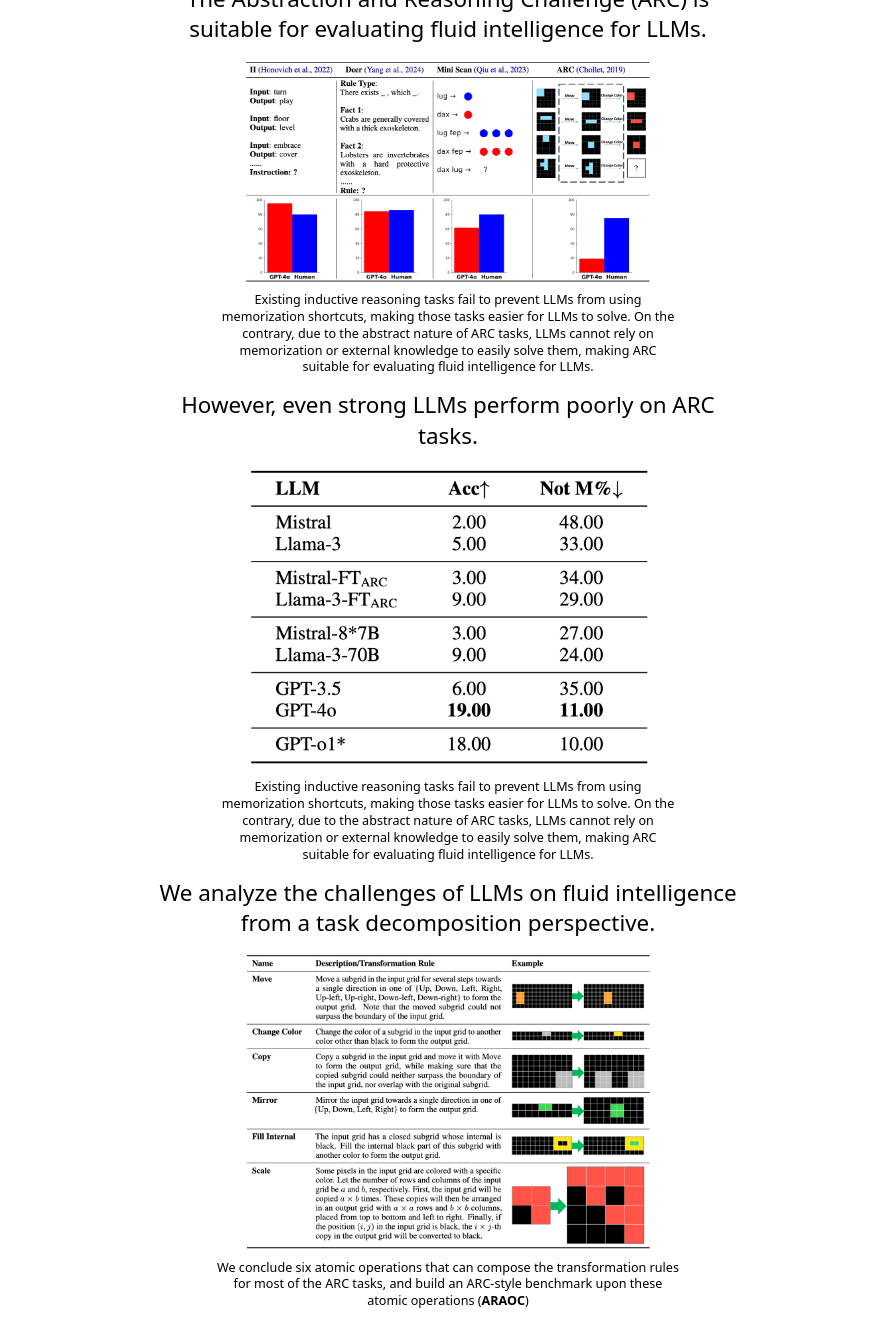
Repository: wujunjie1998/araoc-benchmark.github.io
Page: index.html
These files come from the project's save history. The page is drawn as it stood at one moment and after the next save; the edit follows.
The browser window is 1280 px wide. The pictures show the part of the page from y = 721 to 2641 px (the page is 2641 px tall), at 70% of full size.

Above is the page before, as saved 2025-02-07 22:19:24.

### index.html
<html>
  <head>
    <title>
      Understanding LLMs’ Fluid Intelligence Deficiency: An Analysis of the ARC Task
    </title>
    <link
      rel="icon"
      href="data:[embedded picture, 137 characters]"
    />
    <meta charset="UTF-8" />
    <meta name="viewport" content="width=device-width, initial-scale=1" />
    <link rel="stylesheet" href="./css/index.css" />
  </head>

  <body>
    <div class="header">
      <div class="paper-title">
        Understanding LLMs’ Fluid Intelligence Deficiency:
        <br />
        An Analysis of the ARC Task
      </div>
      <div>
        <!-- * Paper -->
        <span class="link-block">
          <a target="_blank" href="./paper.pdf"
            ><img
              class="badge"
              src="https://img.shields.io/badge/Paper-PDF-red?&labelColor=lightgray&logo=arxiv&logoColor=brown" /><img
          /></a>
        </span>
        <!-- * Dataset -->
        <!--
        <span class="link-block">
          <a
            target="_blank"
            href="https://huggingface.co/datasets/ShunchiZhang/PhysiCo/"
            ><img
              class="badge"
              src="https://img.shields.io/badge/HuggingFace-Dataset-yellow?labelColor=lightgray&logo=huggingface" /><img
          /></a>
        </span>
        -->

        <!-- * Code -->
         <!--
        <span class="link-block">
          <a target="_blank" href="https://github.com/physico-benchmark/physico"
            ><img
              class="badge"
              src="https://img.shields.io/badge/GitHub-Code-gray?labelColor=lightgray&logo=github&logoColor=gray" /><img /></a
        ></span>
        -->
        <!-- * Leaderboard -->
        <!--
        <span class="link-block">
          <a href="./leaderboard.html"
            ><img
              class="badge"
              src="https://img.shields.io/badge/Leaderboard-Visit-blue?labelColor=lightgray&logo=stackblitz&logoColor=367BAF" /><img /></a
        ></span>
        -->
        <!-- * X Threads -->
        <!--
        <span class="link-block">
          <a href="https://x.com/jieeijjie/status/1876713099752861782"
            ><img
              class="badge"
              src="https://img.shields.io/badge/Threads-black?labelColor=lightgray&logo=x&logoColor=gray" /><img /></a
        ></span>
        -->

      </div>
      <div>
        <div class="author-list">
          <span class="author-block"
            ><a href="https://wujunjie1998.github.io/">Junjie Wu</a
            ><sup>1</sup></span
          >
          <span class="author-block"
            ><a href="https://sites.google.com/site/moyunlp/">Mo Yu</a
            ><sup>2</sup></span
          >
          <span class="author-block"
            ><a href="https://lemaoliu.github.io">Lemao Liu</a
            ><sup>2</sup></span
          >
          <span class="author-block"
            ><a href="https://sites.google.com/view/dyyeung">Dit-Yan Yeung</a
            ><sup>1</sup></span
          >
          <span class="author-block"
            ><a href="https://openreview.net/profile?id=~Jie_Zhou8">Jie Zhou</a
            ><sup>2</sup></span
          >
        </div>
        <div class="inst-list">
          <span class="institution-block"><sup>1</sup> Hong Kong University of Science and Technology</span>
          <span class="institution-block"><sup>2</sup> WeChat AI</span>
        </div>
      </div>
    </div>
    <!--
    <div class="teaser">
      <center>
        <img src="./img/teaser.png" />
        <figcaption>
          Illustration of a "Stochastic Parrot 🦜" by our
          <span class="dataset-name">PhysiCo</span> task consisting of both
          <b style="color: #a47b48">low-level</b> and
          <b style="color: #153cf9">high-level</b> subtasks in parallel. For a
          concept <i>Gravity</i>, an LLM can generate its accurate description
          in natural language, but cannot interpret its grid-format
          illustration.
        </figcaption>
      </center>
    </div>
  -->
    <hr />

    <!-- ^ Summary of Our Research -->
    <center><h1>Summary of Our Research</h1></center>
    <div class="content">
      <!-- <p style="font-size: large; text-align: center">
        <b>TL;DR:</b>
      </p> -->
      <p>
        While LLMs have exhibited strong performance on various NLP tasks, it is noteworthy that most of these tasks rely on utilizing the vast amount of knowledge encoded in LLMs’ parameters, rather than solving new problems without prior knowledge. In cognitive research, the latter ability is referred to as <strong>fluid intelligence</strong>, which is considered to be critical for assessing human intelligence. Recent research on fluid intelligence assessments has highlighted significant deficiencies in LLMs’ abilities. In this paper, we analyze the challenges LLMs face in demonstrating fluid intelligence through controlled experiments, using the most representative ARC task as an example. Our study revealed three major limitations in existing LLMs:
      </p>
      <ol>
        <li>limited ability for skill composition;</li>
        <li>
          unfamiliarity with abstract input formats;
        </li>
        <li>
          the intrinsic deficiency of left-to-right decoding.
        </li>
      </ol>
    </div>


    <!-- ^ Our Studies and Findings -->
    <center><h1>The Abstraction and Reasoning Challenge (ARC) is suitable for evaluating fluid intelligence for LLMs.</h1></center>
    <div class="content">
      <!-- <p>Foo Bar</p> -->
      <center>
        <img src="./img/fluid1.png" width="70%" />
        <figcaption style="text-align: center">
          Existing inductive reasoning tasks fail to prevent LLMs from using memorization shortcuts, making those tasks easier for LLMs to solve. On the contrary, due to the abstract nature of ARC tasks, LLMs cannot rely on memorization or external knowledge to easily solve them, making ARC suitable for evaluating fluid intelligence for LLMs.
        </figcaption>
      </center>
    </div>


    <!-- ^ Our Studies and Findings -->
    <center><h1>However, even strong LLMs perform poorly on ARC tasks.</h1></center>
    <div class="content">
      <!-- <p>Foo Bar</p> -->
      <center>
        <img src="./img/fluid2.png" width="70%" />
        <figcaption style="text-align: center">
          Existing inductive reasoning tasks fail to prevent LLMs from using memorization shortcuts, making those tasks easier for LLMs to solve. On the contrary, due to the abstract nature of ARC tasks, LLMs cannot rely on memorization or external knowledge to easily solve them, making ARC suitable for evaluating fluid intelligence for LLMs.
        </figcaption>
      </center>
    </div>

    <!-- ^ Our Studies and Findings -->
    <center><h1>We analyze the challenges of LLMs on fluid intelligence from a task decomposition perspective. </h1></center>
    <div class="content">
      <!-- <p>Foo Bar</p> -->
      <center>
        <img src="./img/fluid3.png" width="70%" />
        <figcaption style="text-align: center">
          We conclude six atomic operations that can compose the transformation rules for most of the ARC tasks, and build an ARC-style benchmark upon these atomic operations (<strong>ARAOC</strong>)
        </figcaption>
      </center>
    </div>

  </body>
</html>

### css/index.css
@import url("https://fonts.googleapis.com/css2?family=Noto+Sans:ital,wght@0,100..900;1,100..900&display=swap");

body {
  font-family: "Noto Sans", sans-serif;
  font-optical-sizing: auto;
  font-style: normal;
  font-variation-settings: "wdth" 100;
  font-weight: 400;
  font-size: 18px;
  margin: 50px auto;
  width: 65%;
}

div.header,
div.teaser,
div.content {
  margin-left: auto;
  margin-right: auto;
}

div.narrower {
  width: 80% !important;
}

div.header div {
  margin: 6px;
  text-align: center;
}

div.teaser img {
  max-width: 60%;
}

.paper-title {
  font-size: 36px;
}

.author-block {
  font-size: 20px;
  margin: 0px 12px;
}

.institution-block {
  font-size: 16px;
  margin: 0px 10px;
}

.note-block {
  color: gray;
  font-size: 16px;
}

.link-block {
  font-size: 24px;
  font-weight: bold;
  margin: 0px 5px;
}

.badge {
  width: auto;
  height: 2vw;
}

.dataset-name {
  font-weight: bold;
  color: #81a526;
}

h1 {
  font-size: 32px;
  font-weight: 300;
}

.disclaimerbox {
  background-color: #eee;
  border: 1px solid #eeeeee;
  border-radius: 10px;
  -moz-border-radius: 10px;
  -webkit-border-radius: 10px;
  padding: 20px;
}

video.header-vid {
  height: 140px;
  border: 1px solid black;
  border-radius: 10px;
  -moz-border-radius: 10px;
  -webkit-border-radius: 10px;
}

figcaption {
  margin: 10px 0px;
  width: 80%;
  text-align: left;
}

img.header-img {
  height: 140px;
  border: 1px solid black;
  border-radius: 10px;
  -moz-border-radius: 10px;
  -webkit-border-radius: 10px;
}

img.rounded {
  border: 1px solid #eeeeee;
  border-radius: 10px;
  -moz-border-radius: 10px;
  -webkit-border-radius: 10px;
}

a:link,
a:visited {
  color: #1367a7;
  text-decoration: none;
}
a:hover {
  color: #208799;
}

td.dl-link {
  height: 160px;
  text-align: center;
  font-size: 22px;
}

.vert-cent {
  position: relative;
  top: 50%;
  transform: translateY(-50%);
}

hr {
  border: 0;
  height: 1px;
  background-image: linear-gradient(
    to right,
    rgba(0, 0, 0, 0),
    rgba(0, 0, 0, 0.75),
    rgba(0, 0, 0, 0)
  );
}

.citation {
  text-align: left;
  font-family: monospace;
  font-size: 8pt;
  text-wrap: auto;
}

@media screen and (max-width: 1120px) {
  body {
    font-size: 16px;
    width: 90%;
  }
  div.teaser img {
    max-width: 100%;
  }
  .paper-title {
    font-size: 26px;
  }
  .author-block,
  .institution-block,
  .note-block {
    font-size: 14px;
  }
  .link-block {
    font-size: 20px;
  }
  .badge {
    width: auto;
    height: 28px;
    margin-top: 3px;
    margin-bottom: 3px;
  }
  h1 {
    font-size: 26px;
  }
}

After the next save:
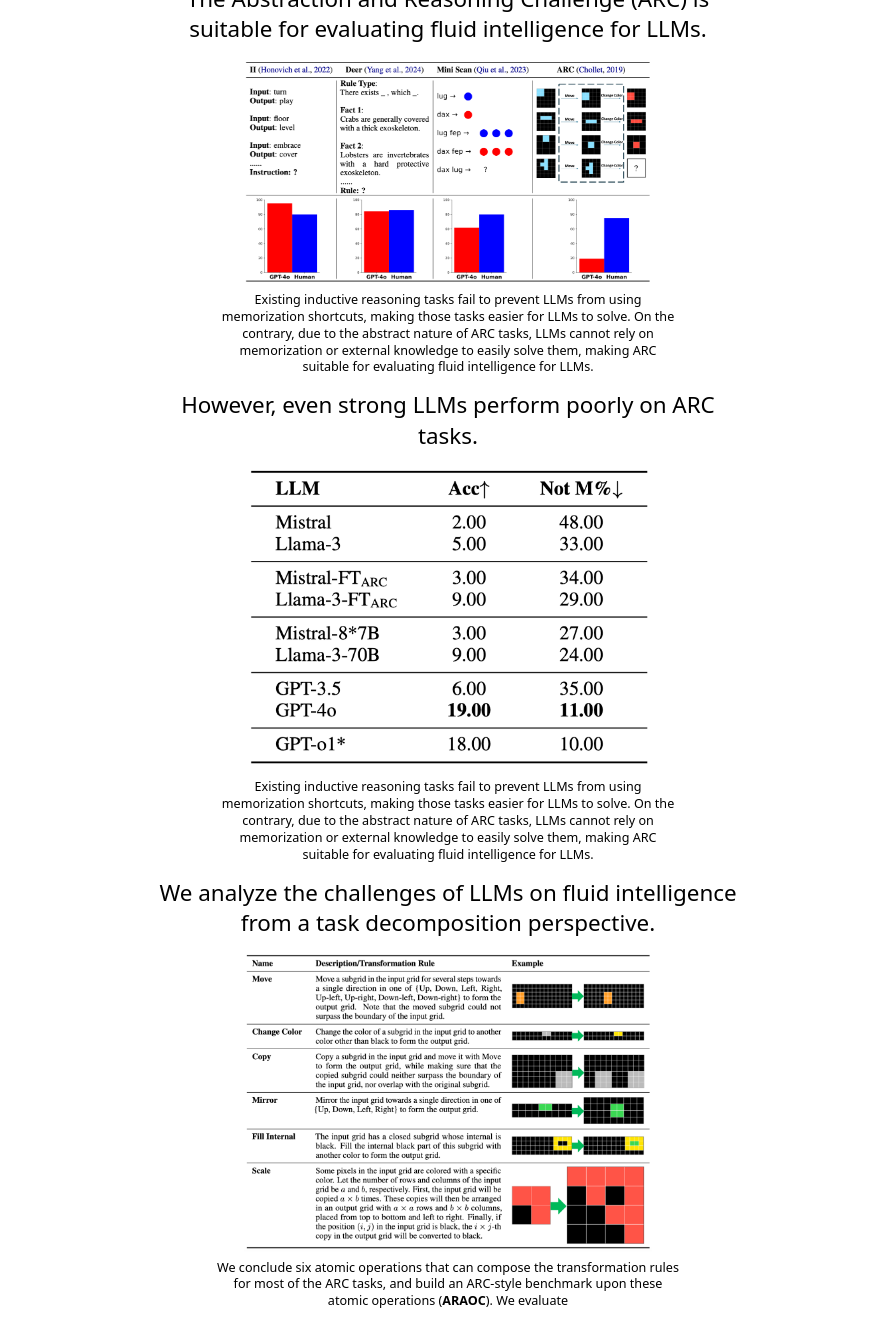
Saved 2 min 43 s later.
--- a/index.html
+++ b/index.html
@@ -170,7 +170,7 @@
       <center>
         <img src="./img/fluid3.png" width="70%" />
         <figcaption style="text-align: center">
-          We conclude six atomic operations that can compose the transformation rules for most of the ARC tasks, and build an ARC-style benchmark upon these atomic operations (<strong>ARAOC</strong>)
+          We conclude six atomic operations that can compose the transformation rules for most of the ARC tasks, and build an ARC-style benchmark upon these atomic operations (<strong>ARAOC</strong>). We evaluate
         </figcaption>
       </center>
     </div>
